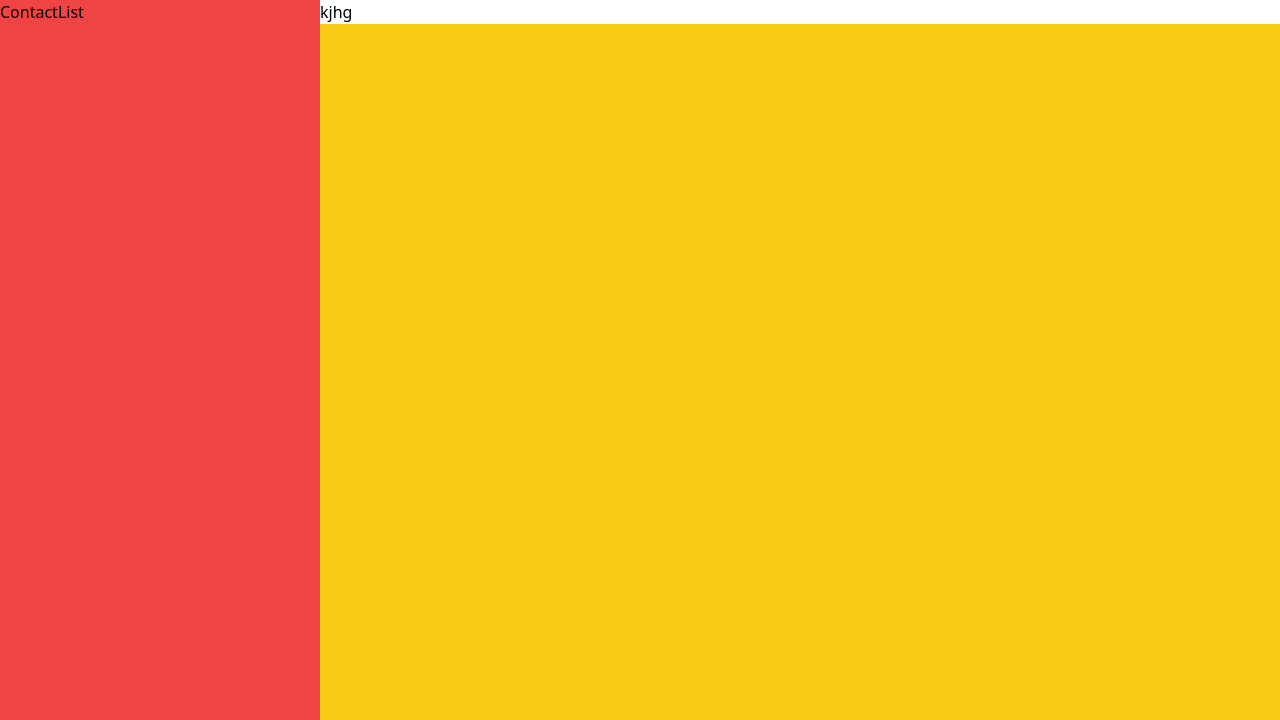
Repository: theanmol-raj/whatsapp
Page: /
The author's editor kept a copy of each file at every save. The page is drawn from the files as they stood at one save, then again after the next save.
The browser window is 1280 px wide. The pictures show the whole page.
The project was rebuilt for these pictures with package versions that can differ from the ones it lists, and the page was loaded fresh each time.

Above is the page before, as saved 2022-12-02 22:15:03.

After the next save:
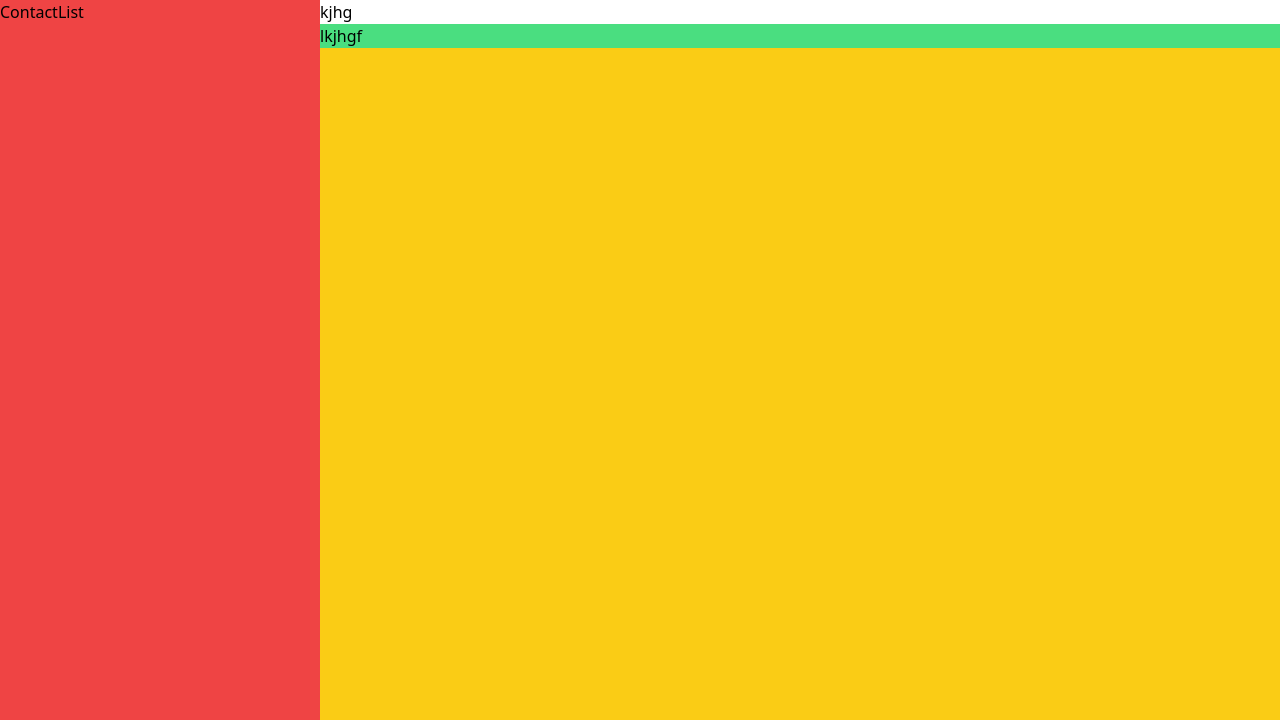
Saved 16 s later.
--- a/src/Components/ChatScreen.jsx
+++ b/src/Components/ChatScreen.jsx
@@ -6,8 +6,8 @@ function ChatScreen() {
         <div className=' w-full bg-white sticky top-0'>
                 kjhg
         </div>
-        <div className=' w-full bg-green-400'>
-
+        <div className=' w-full sticky bottom-0 bg-green-400'>
+                lkjhgf
         </div>
     </div>
   )
